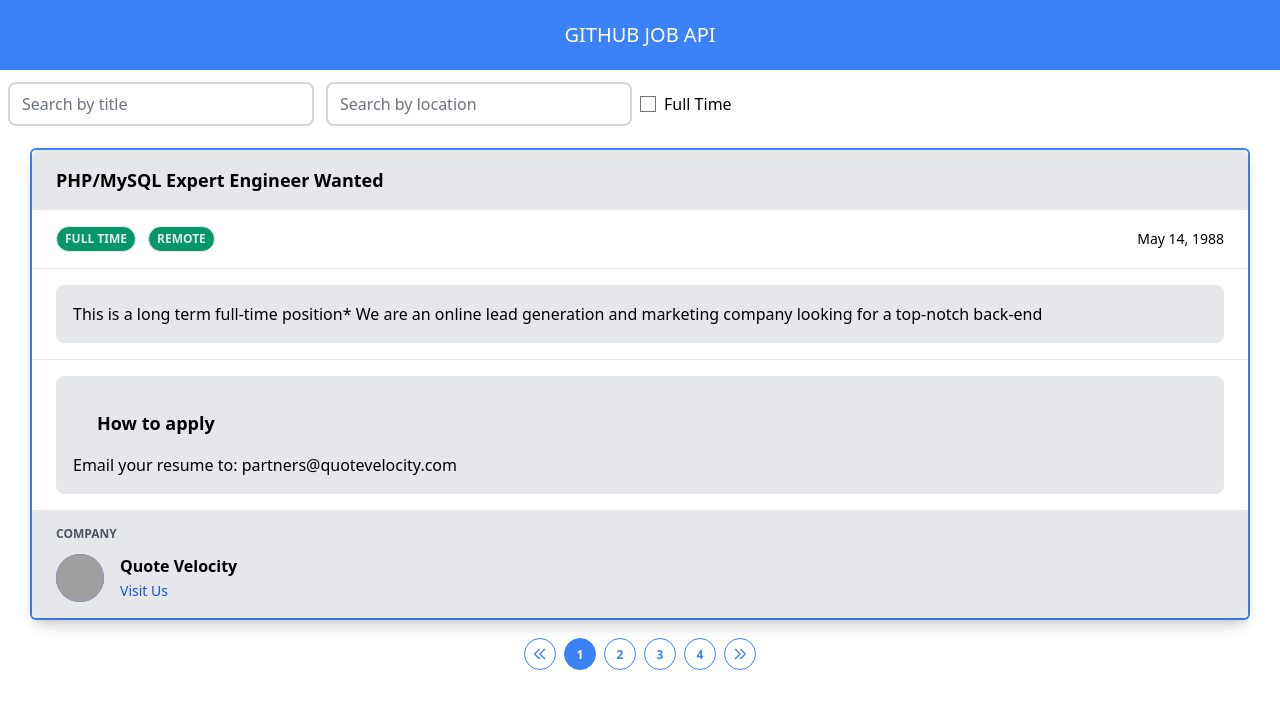
Repository: ShamroOoz/Github-job-api-React-Tailwind
Page: /
An editor plug-in stored every save of this project. The page is shown before and after the next save, followed by the edit.
The browser window is 1280 px wide. The pictures show the whole page.
Pictures or frames that could not be fetched are drawn as grey boxes. The page's requests for data from a server got no answer. The project was rebuilt for these pictures with package versions that can differ from the ones it lists, and the page was loaded fresh each time. No one was signed in, and anything a server would have sent is missing. Also part of the build but not shown: craco.config.js, src/components/Spinner.js, src/components/Alert.js.

Above is the page before, as saved 2021-03-21 18:42:15.

### src/index.css
@tailwind base;
@tailwind components;
@tailwind utilities;

.text-style {
  @apply w-3/5 outline-none border-0 focus:ring-2 ring-indigo-600 border-2 border-gray-300 rounded-lg placeholder-gray-500 placeholder-opacity-100;
}

### src/App.js
import { useState } from "react";
import { useFetch } from "./components/Hooks/useFetch";
import NavBar from "./components/NavBar";
import SearchForm from "./components/SearchForm";
import Pagination from "./components/Pagination";
import Job from "./components/Reducer/Job";
import Spinner from "./components/Spinner";
import Alert from "./components/Alert";

function App() {
  const [params, setparam] = useState({});
  const [page, setpage] = useState(1);
  const { jobs, loading, error } = useFetch(params, page);

  const handleparamchange = (e) => {
    setpage(1);
    let param = e.target.name;
    let value = e.target.value;
    setparam((prevparams) => {
      return { ...prevparams, [param]: value };
    });
  };

  return (
    <>
      <NavBar />
      <SearchForm handleparamchange={handleparamchange} params={params} />
      {/* <div className="px-2">
        {loading && <Spinner />}
        {error && <Alert />}
        {jobs &&
          jobs.map((result, index) => <Job key={index} reult={result} />)}
      </div> */}
      <Job />
      <Pagination />
    </>
  );
}

export default App;

### src/components/Hooks/useFetch.js
import { useReducer, useEffect } from "react";
import axios from "axios";
import { reducer, ACTIONS } from "../Reducer/Reduce";

//
const { MAKE_REQUEST, GET_DATA, ERROR } = ACTIONS;
const BASE_URL = "........";
//"https://secret-ocean-49799.herokuapp.com/https://jobs.github.com/positions.json";

const initialState = {
  jobs: [],
  loading: false,
  error: false,
};

export const useFetch = (params, page) => {
  const [state, dispatch] = useReducer(reducer, initialState);

  //useeffect hook to get data

  useEffect(() => {
    const cancelToken = axios.CancelToken.source();
    dispatch({ type: MAKE_REQUEST, payload: "" });
    axios
      .get(BASE_URL, {
        cancelToken: cancelToken.token,
        params: {
          markdown: true,
          page: page,
          ...params,
        },
      })
      .then((res) => {
        dispatch({ type: GET_DATA, payload: res.data });
        console.log(res.data);
      })
      .catch((err) => {
        if (axios.isCancel(err)) return;
        dispatch({ type: ERROR, payload: err });
      });
    //clean up
    return () => {
      cancelToken.cancel();
    };
  }, [page, params]);

  return state;
};

### src/components/NavBar.js
import React from "react";

const NavBar = () => {
  return (
    <nav className="relative flex flex-wrap items-center justify-center px-2 py-3 navbar-expand-lg bg-blue-500 ">
      <h2 className=" inline-block py-2 whitespace-no-wrap uppercase text-xl font-normal leading-normal  text-white">
        Github Job Api
      </h2>
    </nav>
  );
};

export default NavBar;

### src/components/SearchForm.js
import React from "react";

const SearchForm = ({ handleparamchange, params }) => {
  return (
    <form>
      <div className="grid grid-cols-2  ">
        <div className="py-3 px-2 flex space-x-3 ">
          <input
            className="text-style"
            type="text"
            placeholder={`Search by title `}
            name="description"
            value={params.description || ""}
            onChange={handleparamchange}
          />
          <input
            className="text-style"
            type="text"
            placeholder={`Search by location`}
            name="location"
            value={params.location || ""}
            onChange={handleparamchange}
          />
        </div>
        <div className="flex">
          <label className="flex items-center">
            <input
              type="checkbox"
              value={params.full_time || ""}
              onChange={handleparamchange}
            />
            <span className="ml-2">Full Time </span>
          </label>
        </div>
      </div>
    </form>
  );
};

export default SearchForm;

### src/components/Pagination.js
import React from "react";

const Pagination = () => {
  return (
    <nav className="block py-2 flex justify-center ">
      <ul className="flex pl-0 rounded list-none flex-wrap">
        <li>
          <a
            href="#pablo"
            className="first:ml-0 text-xs font-semibold flex w-8 h-8 mx-1 p-0 rounded-full items-center justify-center leading-tight relative border border-solid border-blue-500 bg-white text-blue-500"
          >
            <svg
              xmlns="http://www.w3.org/2000/svg"
              fill="none"
              viewBox="0 0 24 24"
              stroke="currentColor"
              className="w-4"
            >
              <path
                strokeLinecap="round"
                strokeLinejoin="round"
                strokeWidth="2"
                d="M11 19l-7-7 7-7m8 14l-7-7 7-7"
              />
            </svg>
          </a>
        </li>
        <li>
          <a
            href="#pablo"
            className="first:ml-0 text-xs font-semibold flex w-8 h-8 mx-1 p-0 rounded-full items-center justify-center leading-tight relative border border-solid border-blue-500 text-white bg-blue-500"
          >
            1
          </a>
        </li>
        <li>
          <a
            href="#pablo"
            className="first:ml-0 text-xs font-semibold flex w-8 h-8 mx-1 p-0 rounded-full items-center justify-center leading-tight relative border border-solid border-blue-500 bg-white text-blue-500"
          >
            2
          </a>
        </li>
        <li>
          <a
            href="#pablo"
            className="first:ml-0 text-xs font-semibold flex w-8 h-8 mx-1 p-0 rounded-full items-center justify-center leading-tight relative border border-solid border-blue-500 bg-white text-blue-500"
          >
            3
          </a>
        </li>
        <li>
          <a
            href="#pablo"
            className="first:ml-0 text-xs font-semibold flex w-8 h-8 mx-1 p-0 rounded-full items-center justify-center leading-tight relative border border-solid border-blue-500 bg-white text-blue-500"
          >
            4
          </a>
        </li>

        <li>
          <a
            href="#pablo"
            className="first:ml-0 text-xs font-semibold flex w-8 h-8 mx-1 p-0 rounded-full items-center justify-center leading-tight relative border border-solid border-blue-500 bg-white text-blue-500"
          >
            <svg
              xmlns="http://www.w3.org/2000/svg"
              fill="none"
              viewBox="0 0 24 24"
              stroke="currentColor"
              className="w-4"
            >
              <path
                strokeLinecap="round"
                strokeLinejoin="round"
                strokeWidth="2"
                d="M13 5l7 7-7 7M5 5l7 7-7 7"
              />
            </svg>
          </a>
        </li>
      </ul>
    </nav>
  );
};

export default Pagination;

### src/components/Reducer/Job.js
import React from "react";

const Job = (props) => {
  return (
    <div className="flex shadow-lg ring-2 ring-blue-500 mx-8 my-3 rounded">
      <div className="w-full flex flex-col bg-white shadow-lg rounded-lg overflow-hidden">
        <div className="bg-gray-200  text-lg px-6 py-4 font-bold">
          PHP/MySQL Expert Engineer Wanted
        </div>

        <div className="flex justify-between items-center px-6 py-4">
          <div className="flex space-x-3">
            <div className="bg-green-600 text-xs uppercase px-2 py-1 rounded-full border border-gray-200 text-gray-200 font-bold">
              Full Time
            </div>
            <div className="bg-green-600 text-xs uppercase px-2 py-1 rounded-full border border-gray-200 text-gray-200 font-bold">
              remote
            </div>
          </div>
          <div className="text-sm">May 14, 1988</div>
        </div>

        <div className="px-6 py-4 border-t border-gray-200">
          <div className="border rounded-lg p-4 bg-gray-200">
            <span>
              This is a long term full-time position* We are an online lead
              generation and marketing company looking for a top-notch back-end
            </span>
          </div>
        </div>
        <div className="px-6 py-4 border-t border-gray-200">
          <div className="border rounded-lg p-4 bg-gray-200">
            <h2 className=" text-lg px-6 py-4 font-bold">How to apply</h2>
            <span>Email your resume to: partners@quotevelocity.com</span>
          </div>
        </div>

        <div className="bg-gray-200 px-6 py-4 flex">
          <div>
            <div className="uppercase text-xs text-gray-600 font-bold">
              Company
            </div>
            <div className="flex items-center pt-3">
              <img
                src={`"https://jobs.github.com/rails/active_storage/blobs/eyJfcmFpbHMiOnsibWVzc2FnZSI6IkJBaHBBbUNkIiwiZXhwIjpudWxsLCJwdXIiOiJibG9iX2lkIn19--9f231bb6ce6ab74ff6733a699af7ad6affdfd9d6/Yields_logo_bichrome.jpg"`}
                alt=""
                className="bg-blue-700 w-12 h-12 flex justify-center items-center rounded-full uppercase font-bold text-white"
              />

              <div className="ml-4">
                <p className="font-bold">Quote Velocity</p>
                <a
                  href={`http://www.yields.io`}
                  className="text-sm text-blue-700 mt-1"
                >
                  Visit Us
                </a>
              </div>
            </div>
          </div>
        </div>
      </div>
    </div>
  );
};

export default Job;

### src/components/Reducer/Reduce.js
export const ACTIONS = {
  MAKE_REQUEST: "MAKE_REQUEST",
  GET_DATA: "GET_DATA",
  ERROR: "ERROR",
};

export const reducer = (state, action) => {
  switch (action.type) {
    case ACTIONS.MAKE_REQUEST:
      return { ...state, loading: true };
    case ACTIONS.GET_DATA:
      return {
        ...state,
        loading: false,
        jobs: action.payload,
      };
    case ACTIONS.ERROR:
      return { ...state, error: true };
    default:
      return state;
  }
};

Loaded but not shown: public/index.html (common file); src/index.js (common file); tailwind.config.js (common file)

After the next save:
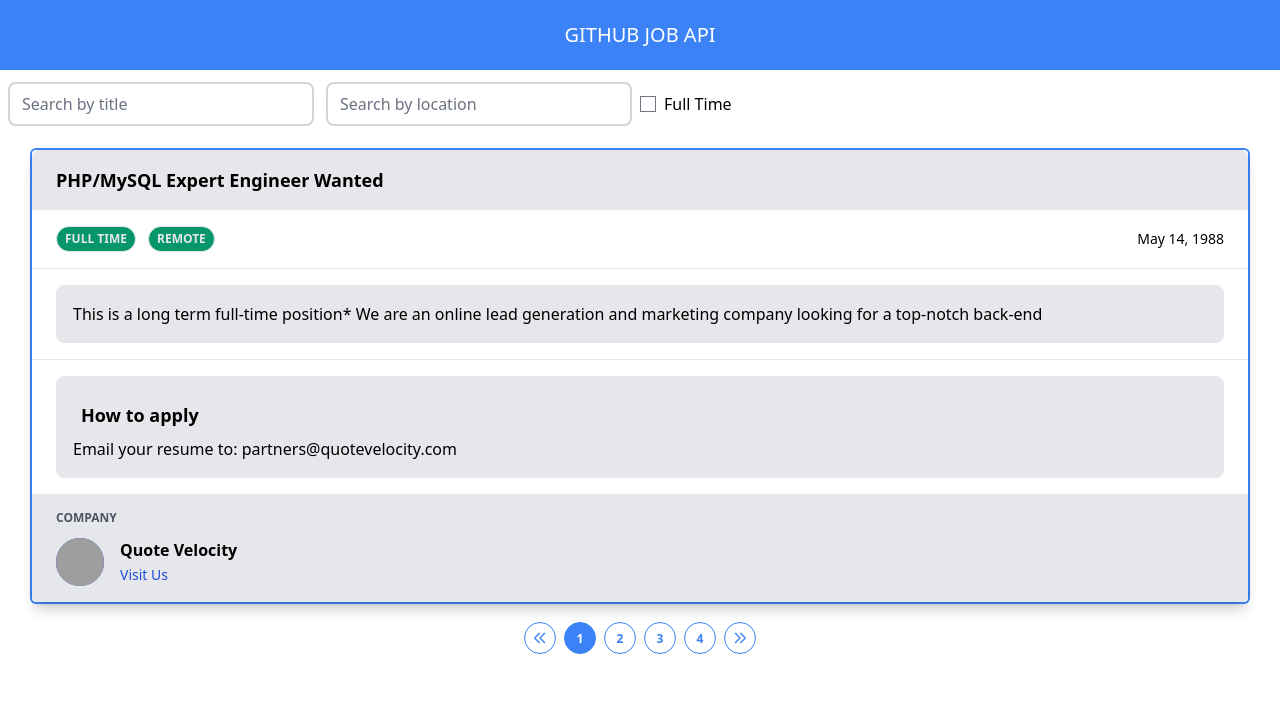
Saved 12 s later.
--- a/src/components/Reducer/Job.js
+++ b/src/components/Reducer/Job.js
@@ -30,7 +30,7 @@
         </div>
         <div className="px-6 py-4 border-t border-gray-200">
           <div className="border rounded-lg p-4 bg-gray-200">
-            <h2 className=" text-lg px-6 py-4 font-bold">How to apply</h2>
+            <h2 className=" text-lg px-2 py-2 font-bold">How to apply</h2>
             <span>Email your resume to: partners@quotevelocity.com</span>
           </div>
         </div>
